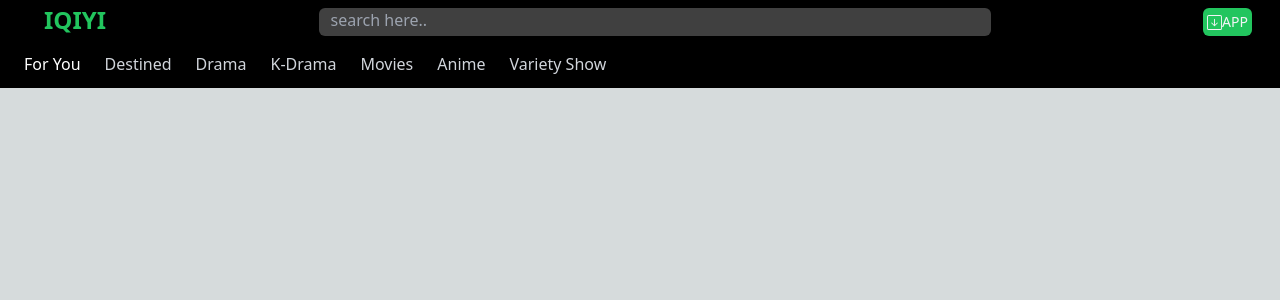
Repository: cozocozy/iqiyi-clone
Page: /
The author's editor kept a copy of each file at every save. The page is drawn from the files as they stood at one save, then again after a run of saves.
The browser window is 1280 px wide. The pictures show the whole page.
The project was rebuilt for these pictures with package versions that can differ from the ones it lists, and the page was loaded fresh each time. The framework's server and built-in components were replaced by stand-ins that run in the browser. Also part of the build but not shown: next.config.js.

Above is the page before, as saved 2023-07-16 10:38:41.

After the next 2 saves:
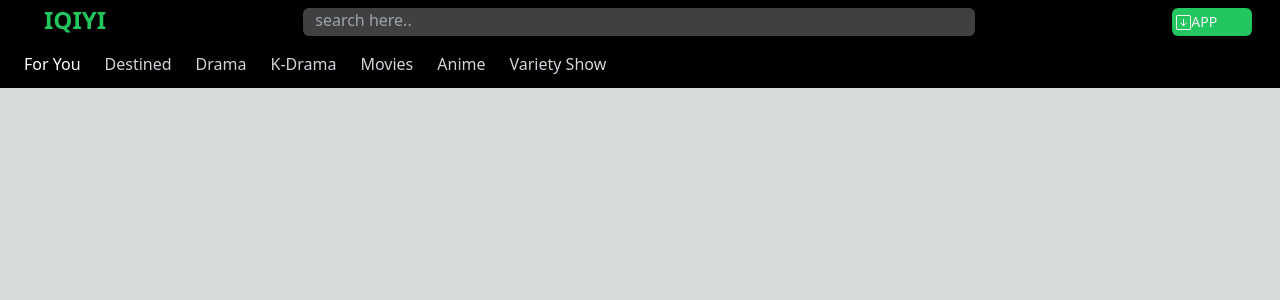
The 2 saves are shown as one change because they came seconds apart.
The last was saved 6 s later.
--- a/pages/components/Header.tsx
+++ b/pages/components/Header.tsx
@@ -18,7 +18,7 @@
           </button> */}
           <input className="rounded rounded-md bg-neutral-700 w-full max-w-2xl pl-3 pb-1" placeholder="search here.." autoComplete="off"></input>
         </div>
-        <button className="flex flex-row mr-7 mt-1 rounded rounded-md p-1 w-22 mx-3 bg-green-500 text-gray-100 items-center">
+        <button className="flex flex-row mr-7 mt-1 rounded rounded-md p-1 w-24 mx-3 bg-green-500 text-gray-100 items-center">
           <div className="">
             <BsArrowDownSquare size={15} />
           </div>
